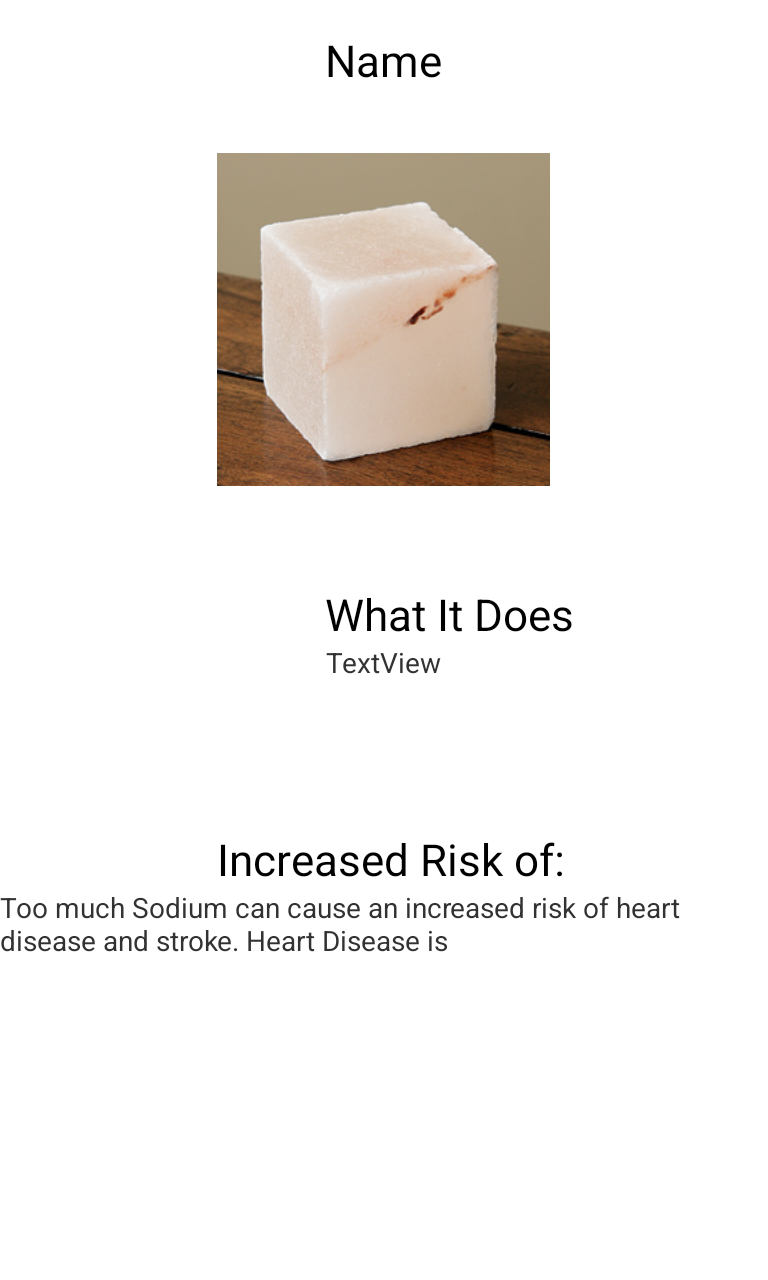
Repository: sehmon/workspace-eclipse
Layout: WhatAmIEating/res/layout/activity_detail.xml
These files come from the project's save history. The layout is drawn as it stood at one moment and after the next save; the edit follows.
It is drawn on a 768 x 1280 px phone screen (xhdpi) without system bars, with theme android:Theme.Holo.Light.NoActionBar.Fullscreen; the app's code is not run.

Above is the layout before, as saved 2014-04-13 16:10:22.

### WhatAmIEating/res/layout/activity_detail.xml
<RelativeLayout xmlns:android="http://schemas.android.com/apk/res/android"
    xmlns:tools="http://schemas.android.com/tools"
    android:id="@+id/container"
    android:layout_width="match_parent"
    android:layout_height="match_parent"
    android:orientation="vertical" >

    <TextView
        android:id="@+id/textView2"
        android:layout_width="wrap_content"
        android:layout_height="wrap_content"
        android:layout_alignParentTop="true"
        android:layout_centerHorizontal="true"
        android:layout_marginTop="15dp"
        android:text="Name"
        android:textAppearance="?android:attr/textAppearanceLarge" />

    <ImageView
        android:id="@+id/imageView1"
        android:layout_width="wrap_content"
        android:layout_height="wrap_content"
        android:layout_below="@+id/textView2"
        android:layout_centerHorizontal="true"
        android:layout_marginTop="32dp"
        android:src="@drawable/salt" />

    <TextView
        android:id="@+id/textView4"
        android:layout_width="wrap_content"
        android:layout_height="wrap_content"
        android:layout_alignLeft="@+id/imageView1"
        android:layout_below="@+id/textView3"
        android:layout_marginTop="74dp"
        android:text="Increased Risk of:"
        android:textAppearance="?android:attr/textAppearanceLarge" />

    <TextView
        android:id="@+id/textView5"
        android:layout_width="wrap_content"
        android:layout_height="wrap_content"
        android:layout_alignParentLeft="true"
        android:layout_below="@+id/textView4"
        android:text="Too much Sodium can cause an increased risk of heart disease and stroke. Heart Disease is" />

    <TextView
        android:id="@+id/textView1"
        android:layout_width="wrap_content"
        android:layout_height="wrap_content"
        android:layout_alignLeft="@+id/textView2"
        android:layout_below="@+id/imageView1"
        android:layout_marginTop="49dp"
        android:text="What It Does"
        android:textAppearance="?android:attr/textAppearanceLarge" />

    <TextView
        android:id="@+id/textView3"
        android:layout_width="wrap_content"
        android:layout_height="wrap_content"
        android:layout_below="@+id/textView1"
        android:layout_centerHorizontal="true"
        android:text="TextView" />

</RelativeLayout>

After the next save:
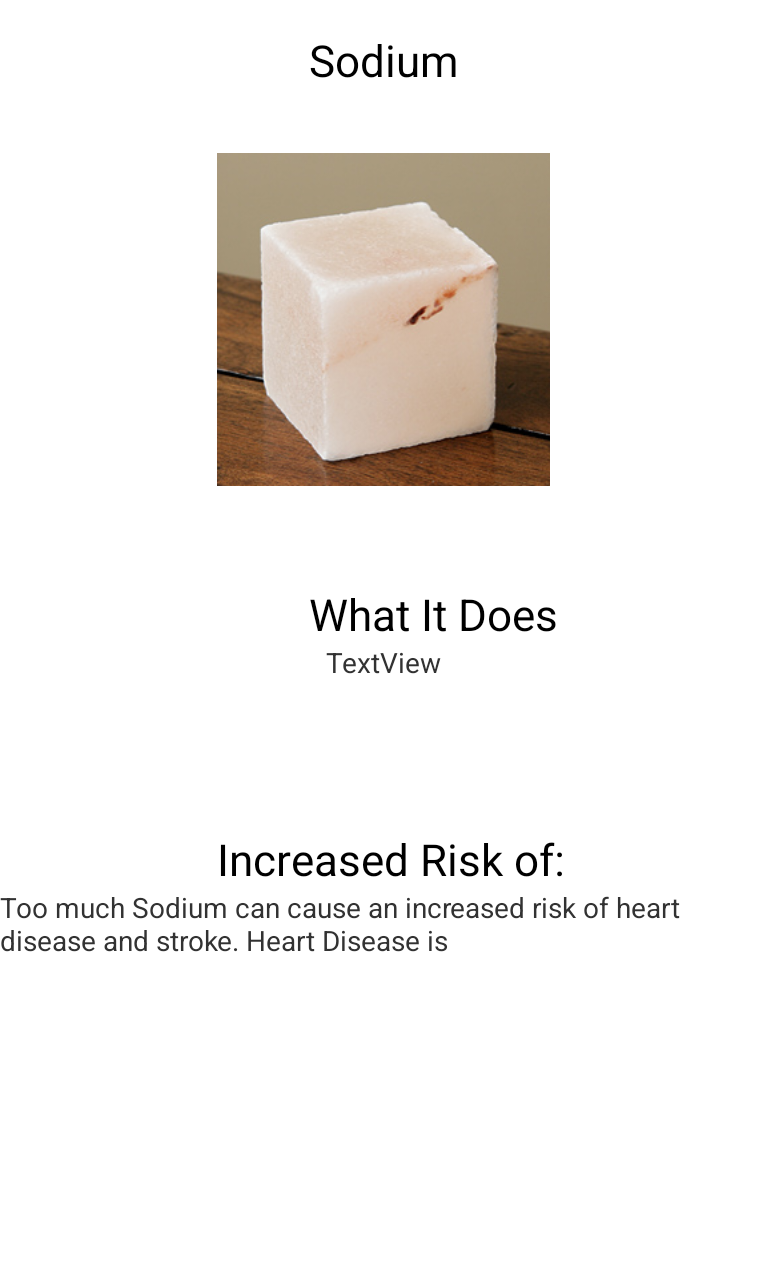
Saved 32 s later.
--- a/WhatAmIEating/res/layout/activity_detail.xml
+++ b/WhatAmIEating/res/layout/activity_detail.xml
@@ -12,7 +12,7 @@
         android:layout_alignParentTop="true"
         android:layout_centerHorizontal="true"
         android:layout_marginTop="15dp"
-        android:text="Name"
+        android:text="Sodium"
         android:textAppearance="?android:attr/textAppearanceLarge" />
 
     <ImageView
